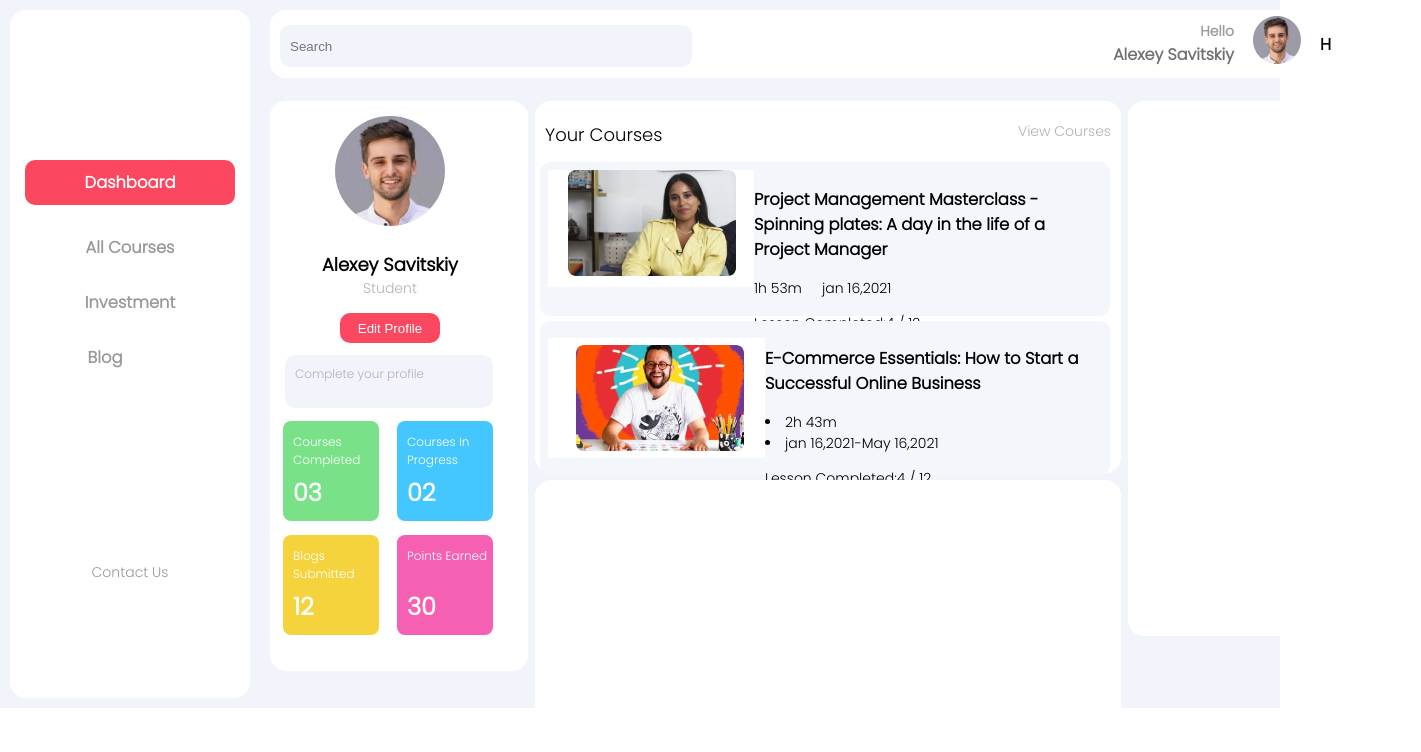
Repository: Anuruddha00/dashboard-design
Page: /
An editor plug-in stored every save of this project. The page is shown before and after the next save, followed by the edit.
The browser window is 1280 px wide. The page is 1421 px wide, so the pictures cover 1421 px, including what lies to the right of the window. The pictures show the whole page.
The project was rebuilt for these pictures with package versions that can differ from the ones it lists, and the page was loaded fresh each time.

Above is the page before, as saved 2021-05-07 21:10:48.

After the next save:
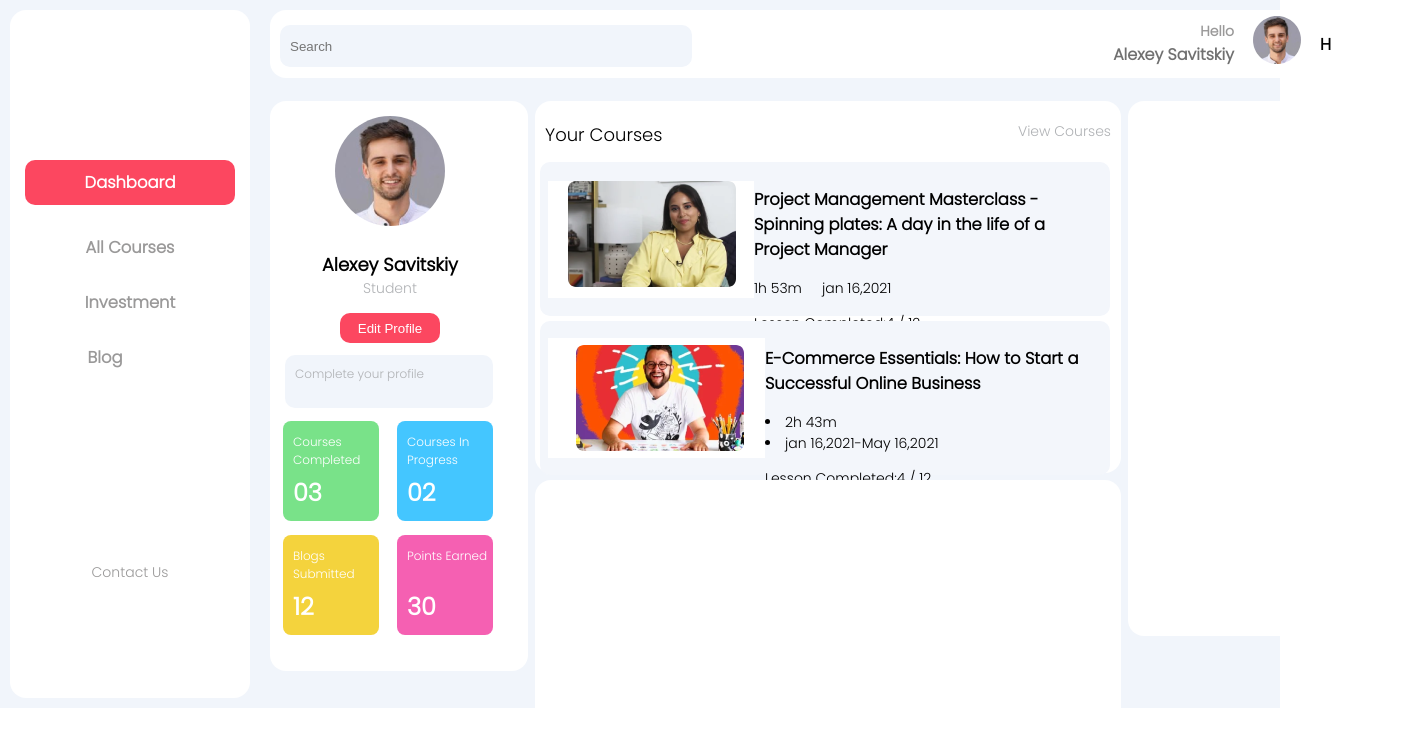
Saved 17 s later.
--- a/src/containers/Dashboard/Dashboard.scss
+++ b/src/containers/Dashboard/Dashboard.scss
@@ -291,6 +291,7 @@ body{
                                     img{
                                         height: fit-content;
                                         width: fit-content;
+                                        align-self: center;
                                     }
 
                                     &Description{
